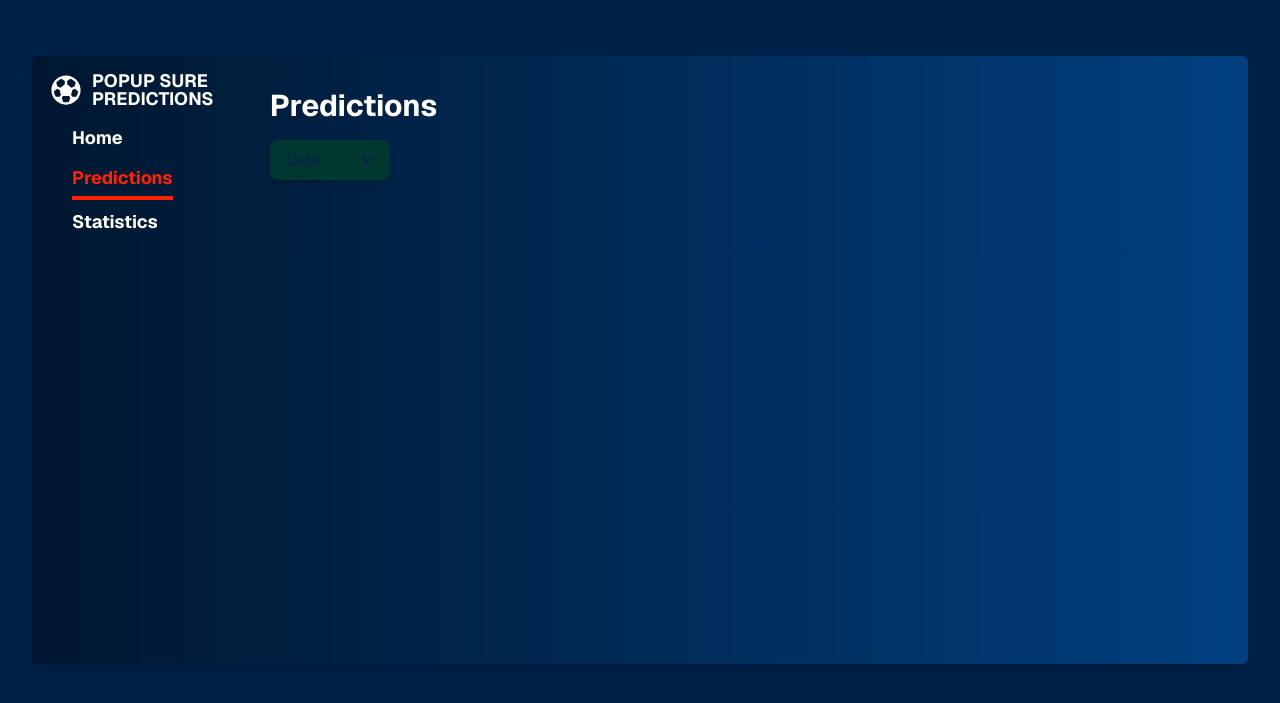
Repository: prototypedave/AlgoFooty
Page: /predictions (app in frontend/algo-footy/)
These files come from the project's save history. The page is drawn as it stood at one moment and after the next save; the edit follows.
The browser window is 1280 px wide. The pictures show the whole page.
The project was rebuilt for these pictures with package versions that can differ from the ones it lists, and the page was loaded fresh each time. The framework's server and built-in components were replaced by stand-ins that run in the browser. Also part of the build but not shown: frontend/algo-footy/next.config.ts.

Above is the page before, as saved 2025-11-03 06:59:27.

After the next save:
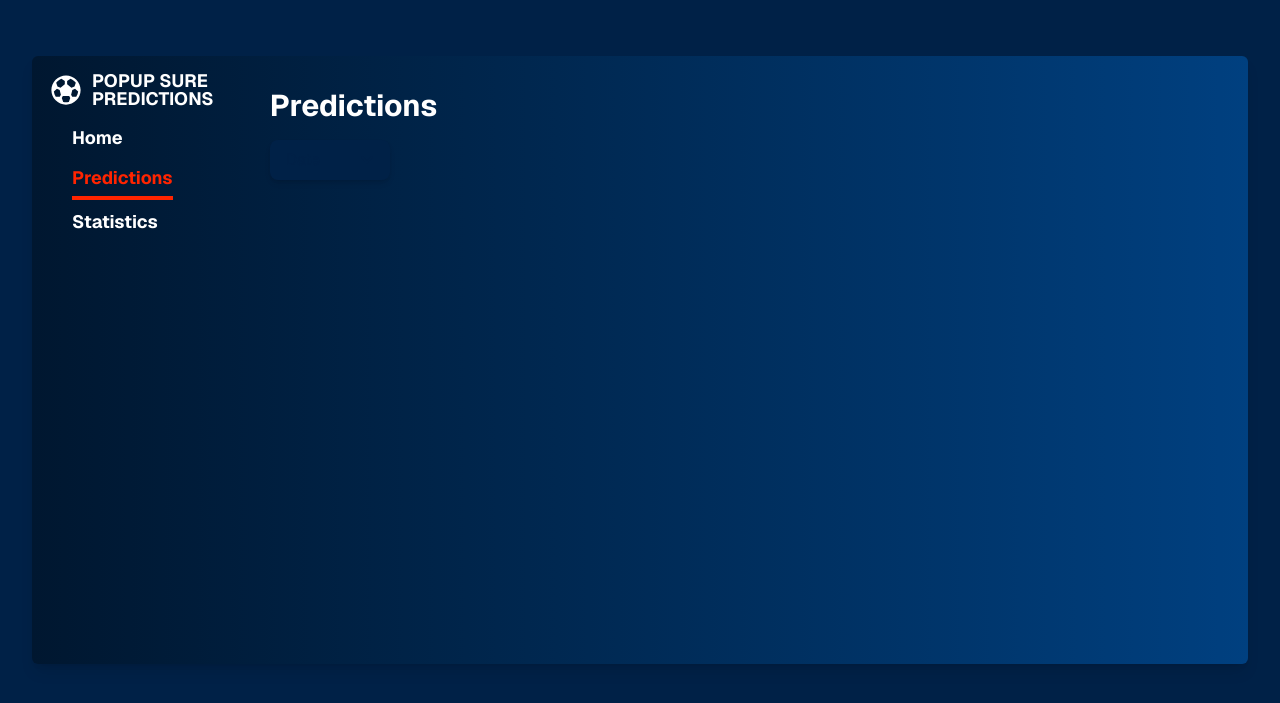
Saved 53 s later.
--- a/frontend/algo-footy/components/dropdown.tsx
+++ b/frontend/algo-footy/components/dropdown.tsx
@@ -10,7 +10,7 @@ export default function DropdownButton() {
       {/* Button */}
       <button
         onClick={() => setOpen(!open)}
-        className="flex items-center justify-between gap-10 bg-[#003730] text-oxford-blue px-4 py-2 rounded-lg shadow-md hover:bg-gray-100 transition"
+        className="flex items-center justify-between gap-10 bg-[#002147] text-oxford-blue px-4 py-2 rounded-lg shadow-md hover:bg-gray-100 transition"
       >
         Date
         {open ? (
